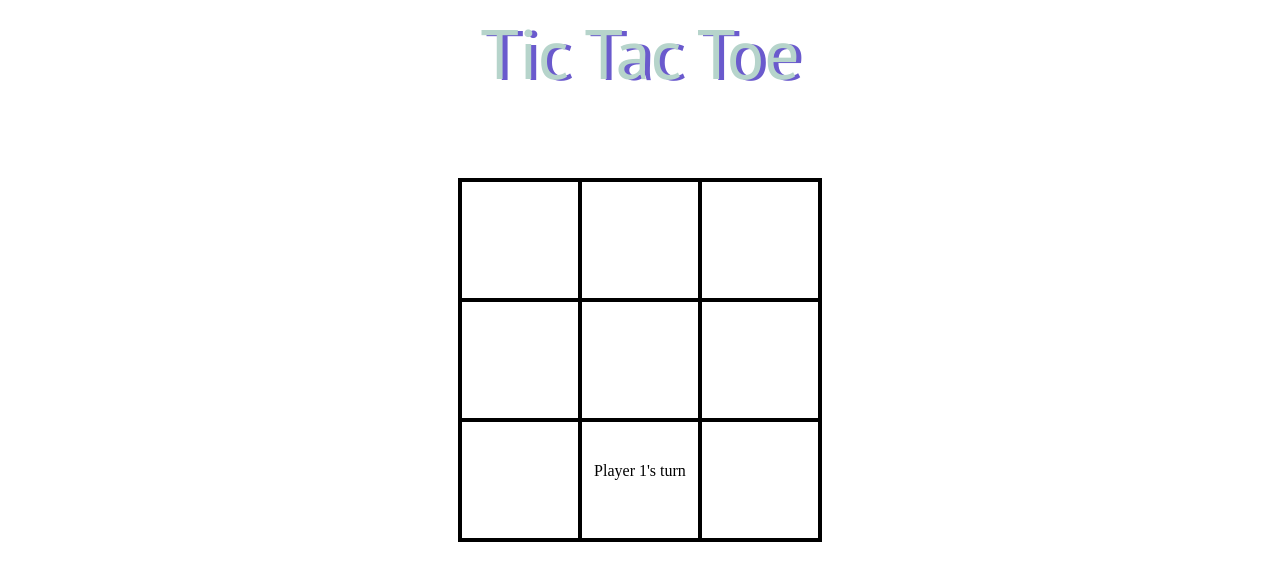
Repository: chin9/TicTacToe
Page: index.html
The author's editor kept a copy of each file at every save. The page is drawn from the files as they stood at one save, then again after the next save.
The browser window is 1280 px wide. The pictures show the whole page.

Above is the page before, as saved 2021-05-15 20:57:37.

### index.html
<head>
    <link rel='stylesheet' href='style.css'>
</head>

<title> TicTacToe</title>

<header>Tic Tac Toe</header>


<body>
    <div class='board'>

        <div class='grid' id='0'>

        </div>

        <div class='grid' id='1'>

        </div>

        <div class='grid' id='2'>

        </div>

        <div class='grid' id='3'>

        </div>

        <div class='grid' id='4'>

        </div>

        <div class='grid' id='5'>

        </div>

        <div class='grid' id='6'>

        </div>

        <div class='grid' id='7'>

        </div>

        <div class='grid' id='8'>

        </div>

    </div>

    <div class='status' id='status'>
        Player 1's turn
    </div>
</body>

<script src='script.js'></script>

### style.css
@import url('https://fonts.googleapis.com/css2?family=PT+Sans&display=swap');


header{
    font-family: 'PT Sans', sans-serif;
    font-size: 70px;
    color: rgb(182, 212, 203);
    text-shadow: 5px 1px slateblue;
    text-align: center;
}

body{
    display: flex;
    flex-direction: column;
    align-items: center;

}

.board{
    height: 50vh;
    width: 50vh;

    position: relative;
    top: 80px;

    display: grid;
    grid-template-columns: 1fr 1fr 1fr;
    grid-template-rows: 1fr 1fr 1fr;

    border: 2px black solid;
}

.grid{
    border: 2px black solid;

    font-size: 50px;
    text-align: center;
    padding-top: 30px;
}

### script.js


const gameboard = (() => {

    // 0: blank; 'O': circle; 'X': cross
    var grids = [0, 0, 0,
                 0, 0, 0,
                 0, 0, 0];

    function renderBoard() {

        for (let i = 0; i < 9; i++) {
            const grid = document.getElementById(`${i}`);
            if (grids[i] == 'O') {
                grid.textContent = 'O';
            } else if (grids[i] == 'X') {
                grid.textContent = 'X';
            } else {
                grid.textContent = '';
            }

        }

    };


    return {renderBoard};


})();


gameboard.renderBoard();

const player = (sign) => {

}

const player1 = player('O');
const player2 = player('X');

After the next save:
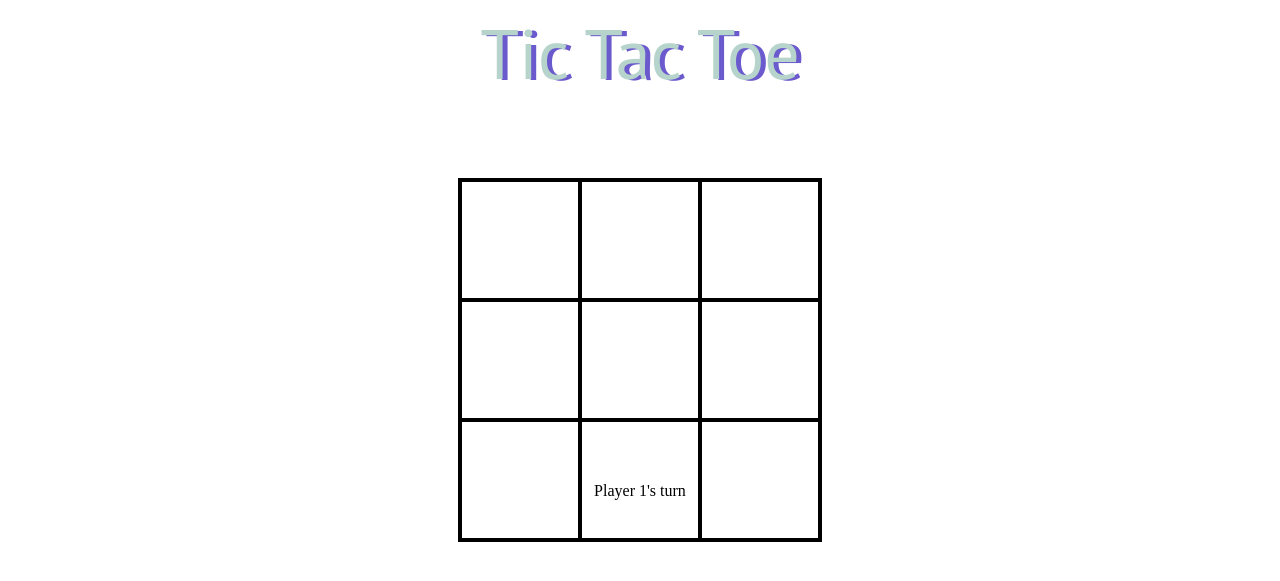
Saved 36 s later.
--- a/style.css
+++ b/style.css
@@ -37,3 +37,8 @@ body{
     text-align: center;
     padding-top: 30px;
 }
+
+.status{
+    position: relative;
+    top: 20px;
+}
